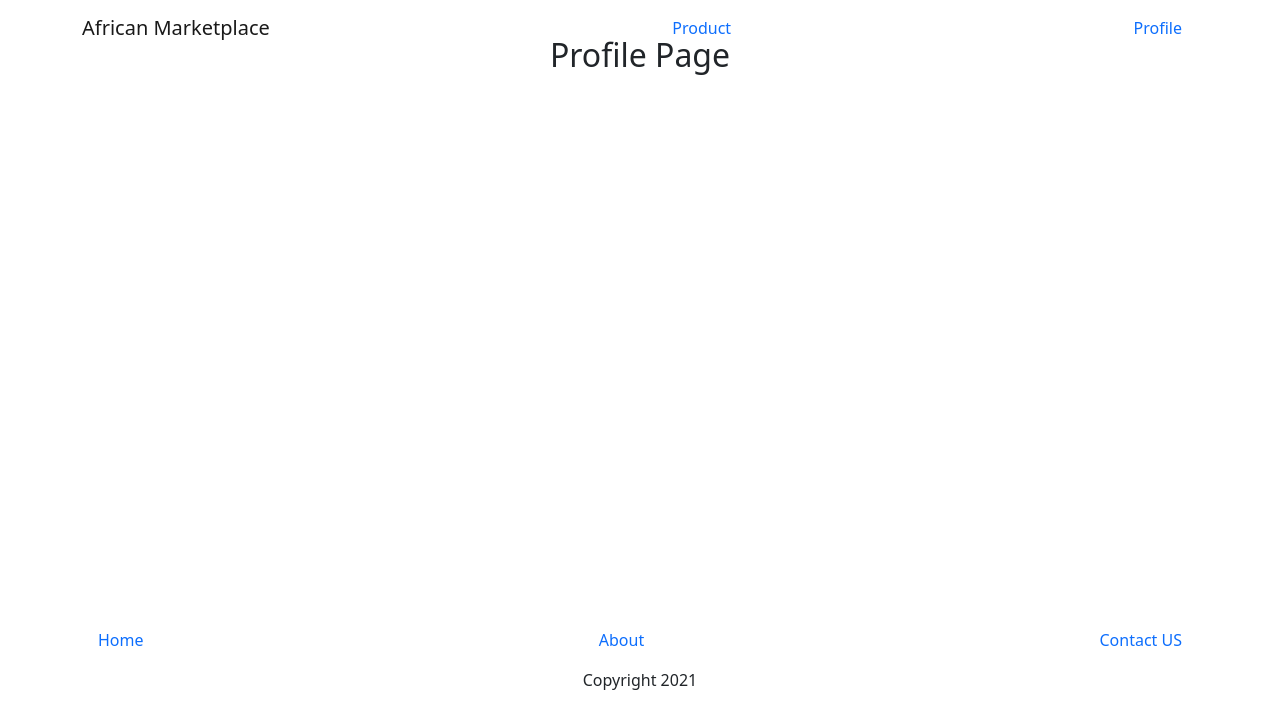
Repository: NelsonMaldonado/AfricanMarketplace
Page: /profile (app in african-marketplace/)
These files come from the project's save history. The page is drawn as it stood at one moment and after a run of saves; the edit follows.
The browser window is 1280 px wide. The pictures show the whole page.
The project was rebuilt for these pictures with package versions that can differ from the ones it lists, and the page was loaded fresh each time. Also part of the build but not shown: african-marketplace/src/component/form_login.js, african-marketplace/src/page/home.js, african-marketplace/src/component/404.js, african-marketplace/src/page/about.js, african-marketplace/src/component/constant.js, african-marketplace/src/component/form_item.js, african-marketplace/src/component/form_listing_item.js, african-marketplace/src/component/form_add_item.js and 2 more.

Above is the page before, as saved 2021-08-23 09:04:14.

### african-marketplace/src/App.js
import "./App.css";
import HomePage from "./page/home";
import NavigationBar from "./component/navigation-bar";
import Page404 from "./component/404";
import Footer from "./component/footer";
import AboutPage from "./page/about";
import ProductPage from "./page/product";
import ProfilePage from "./page/profile";
import ContactPage from "./page/contact";
import { BrowserRouter, Route, Switch } from "react-router-dom";

function App() {
  return (
    <div className="App">
      <header>
        <NavigationBar />
      </header>
      <main>
        <BrowserRouter>
          <Switch>
            <Route exact path="/">
              <HomePage />
            </Route>
            <Route path="/product">
              <ProductPage />
            </Route>
            <Route path="/profile">
              <ProfilePage />
            </Route>
            <Route path="/About">
              <AboutPage />
            </Route>
            <Route path="/Contact">
              <ContactPage />
            </Route>

            <Route>
              <Page404 />
            </Route>
          </Switch>
        </BrowserRouter>
      </main>
      <footer>
        <Footer />
      </footer>
    </div>
  );
}

export default App;

### african-marketplace/src/App.css
.App {
  text-align: center;
}

.App-logo {
  height: 40vmin;
  pointer-events: none;
}

@media (prefers-reduced-motion: no-preference) {
  .App-logo {
    animation: App-logo-spin infinite 20s linear;
  }
}

.App-header {
  background-color: #282c34;
  min-height: 100vh;
  display: flex;
  flex-direction: column;
  align-items: center;
  justify-content: center;
  font-size: calc(10px + 2vmin);
  color: white;
}

.App-link {
  color: #61dafb;
}

header{
  height:5vh;
}

footer{
  height:5vh;
}

main{
  height:80vh;
}

.flex-column{
  display: flex;
  flex-direction: column;
  flex-wrap: wrap;
}

.flex-row{
  display: flex;
  flex-direction: row;
  flex-wrap: wrap;
}

@keyframes App-logo-spin {
  from {
    transform: rotate(0deg);
  }
  to {
    transform: rotate(360deg);
  }
}

### african-marketplace/src/component/navigation-bar.js
import { Navbar, Nav, Container } from "react-bootstrap";
import "bootstrap/dist/css/bootstrap.min.css";

export default function NavigationBar(props) {
  return (
    <Navbar>
      <Container>
        <Navbar.Brand href="/">African Marketplace</Navbar.Brand>
        <Nav.Link href="/product">Product</Nav.Link>
        <Nav.Link href="/profile">Profile</Nav.Link>
      </Container>
    </Navbar>
  );
}

### african-marketplace/src/component/footer.js
import { Navbar, Nav, Container } from "react-bootstrap";
import "bootstrap/dist/css/bootstrap.min.css";

export default function Footer(props) {
  return (
    <div>
      <Navbar>
        <Container>
          <Nav.Link href="/">Home</Nav.Link>
          <Nav.Link href="/about">About</Nav.Link>
          <Nav.Link href="/contact">Contact US</Nav.Link>
        </Container>
      </Navbar>
      <p>Copyright 2021</p>
    </div>
  );
}

### african-marketplace/src/page/profile.js
import React from "react";

export default function ProfilePage(props) {
  return (
    <div>
      <h2>Profile Page</h2>
    </div>
  );
}

### african-marketplace/src/component/form_profile.js
import React from "react";

export default function Form_Profile(props) {
  return (
    <form class="flex-column">
      <label>
        Name:
        <input value="" />
      </label>
      <label>
        Email:
        <input value="" />
      </label>
      <label>
        Phone Number:
        <input value="" />
      </label>
      <label>
        Address:
        <input value="" />
      </label>
      <label>
        Seller ID:
        <input value="" />
      </label>
      <label>
        Photo:
        <input value="" />
      </label>
      <br />

      <button>Submit</button>
    </form>
  );
}

Loaded but not shown: african-marketplace/public/index.html (common file); african-marketplace/src/index.js (common file); african-marketplace/src/index.css (common file); african-marketplace/src/reportWebVitals.js (common file)

After the next 7 saves:
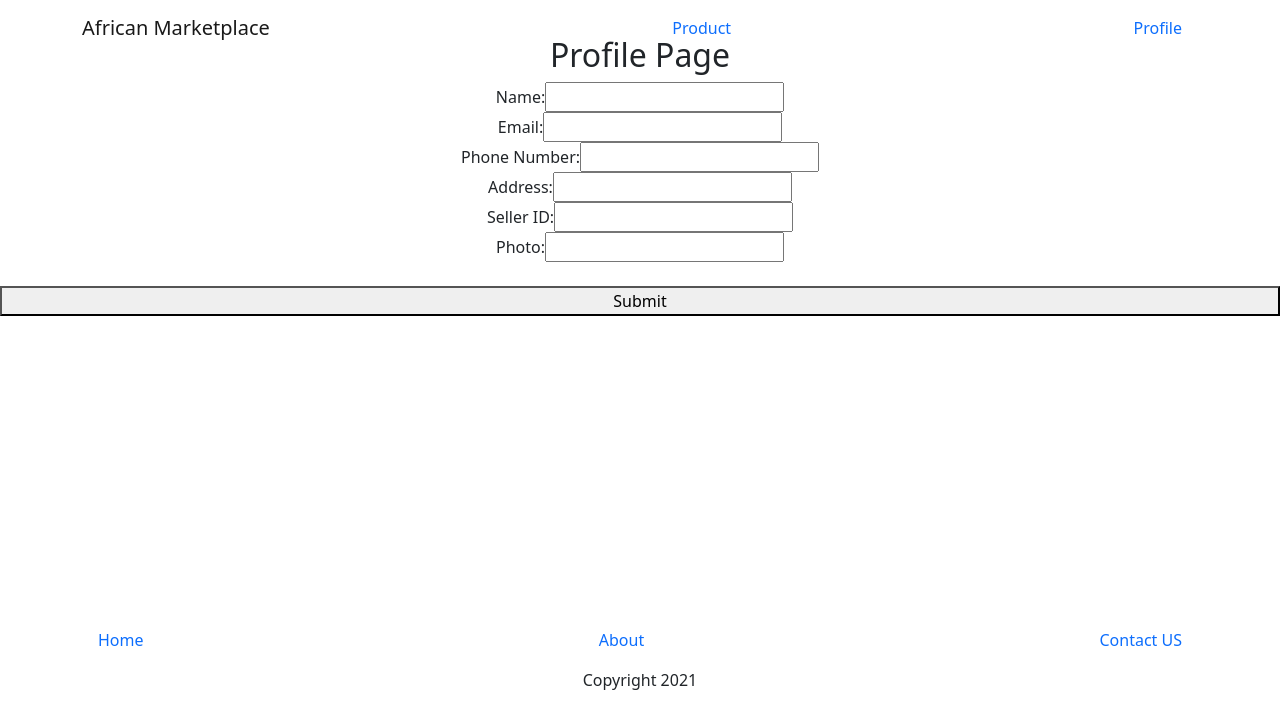
The 7 saves are shown as one change because 2 did not build or start and some came seconds apart.
The last was saved 42 s later.
--- a/african-marketplace/src/page/profile.js
+++ b/african-marketplace/src/page/profile.js
@@ -1,9 +1,12 @@
 import React from "react";
-
+import { Form } from "react-bootstrap";
+import Form_Profile from "../component/form_profile";
 export default function ProfilePage(props) {
   return (
     <div>
       <h2>Profile Page</h2>
+
+      <Form_Profile />
     </div>
   );
 }
